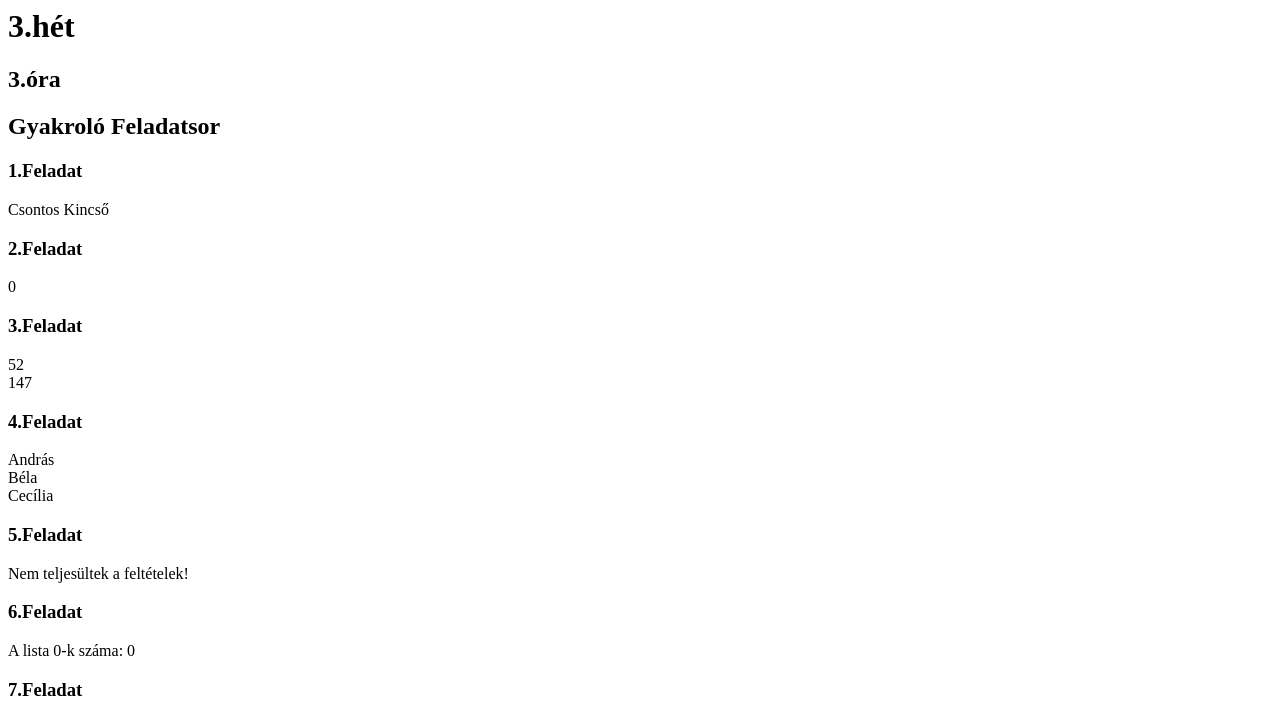
Repository: doomhyena/htdocs
Page: http://localhost/03.Week/feladat.php
These files come from the project's save history. The page is drawn as it stood at one moment and after the next save; the edit follows.
The browser window is 1280 px wide. The pictures show the whole page.
The page is run by PHP 8.4 with error messages shown; the project is at /var/www/html/.

Above is the page before, as saved 2024-09-20 12:39:15.

### 03.Week/feladat.php
<?php

// -----------------------------------------------------------------------------------------------------------------
// Harmadik óra 2024/09/09 HÉTFŐ
// -----------------------------------------------------------------------------------------------------------------

echo "<h1>3.hét</h1>";
echo "<h2>3.óra</h2>";
echo "<h2>Gyakroló Feladatsor</h2>";

echo "<h3>1.Feladat</h3>";

echo "Csontos Kincső";

echo "<h3>2.Feladat</h3>";

$a = 5;
$b = 10;
$c = 3;

echo ($a + $b) % $c;

echo "<h3>3.Feladat</h3>";

$d = rand(0, 100);
$e = rand(0, 100);

echo $d + $c;
echo "<br>";
echo $d * $c;

echo "<h3>4.Feladat</h3>";

$list = array("András", "Béla", "Cecília");

for ($i = 0; $i < count($list); $i++) {
    echo $list[$i];
    echo "<br>";
}

echo "<h3>5.Feladat</h3>";

$lista = array();

$randomnumber = rand(1, 12);

if ($randomnumber < 10 && $randomnumber % 2 === 1) {
    array_push($lista, $randomnumber);
    print_r($lista);
} else {
    echo "Nem teljesültek a feltételek!";
}

echo "<h3>6.Feladat</h3>";

$listas = array();

for ($i = 0; $i < 100; $i++) {
    $rando = rand(0, 5);

    array_push($listas, $rando);
}

$nullak = 0;

for ($i = 0; $i < count($lista); $i++) {
    if ($lista[$i] === 0) {
        $nullak++;
    }
}

// Eredmény kiírása
echo "A lista 0-k száma: " . $nullak . "\n";

echo "<h3>7.Feladat</h3>";

After the next save:
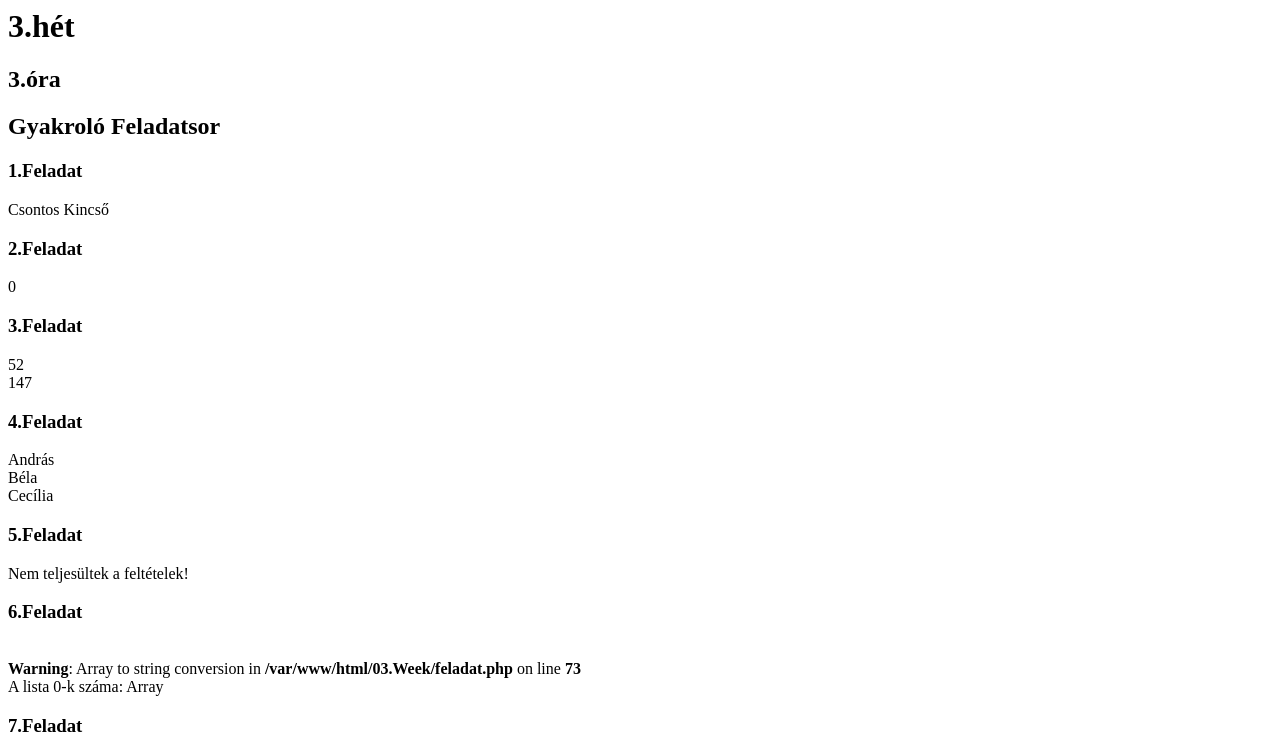
Saved 7 s later.
--- a/03.Week/feladat.php
+++ b/03.Week/feladat.php
@@ -70,6 +70,6 @@ for ($i = 0; $i < count($lista); $i++) {
 }
 
 // Eredmény kiírása
-echo "A lista 0-k száma: " . $nullak . "\n";
+echo "A lista 0-k száma: " . $listas . "\n";
 
 echo "<h3>7.Feladat</h3>";
